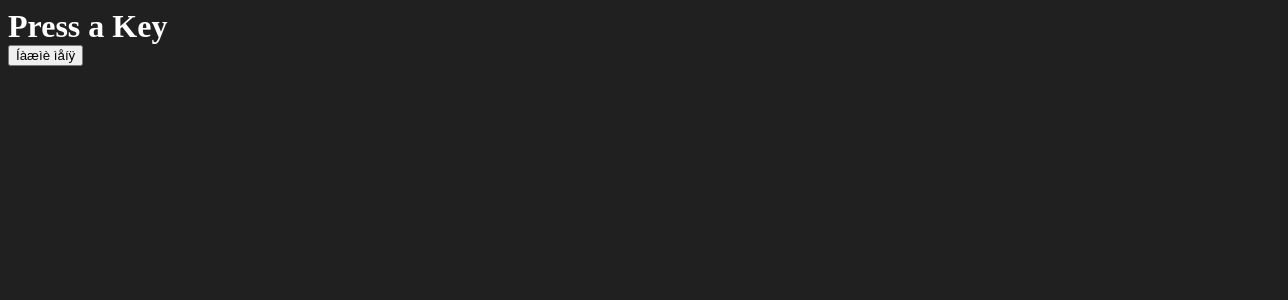
Repository: BVaflick/webOS
Page: First Application/index.html
The author's editor kept a copy of each file at every save. The page is drawn from the files as they stood at one save, then again after the next save.
The browser window is 1280 px wide. The page is 1288 px wide, so the pictures cover 1288 px, including what lies to the right of the window. The pictures show the whole page.

Above is the page before, as saved 2016-12-16 13:11:24.

After the next save:
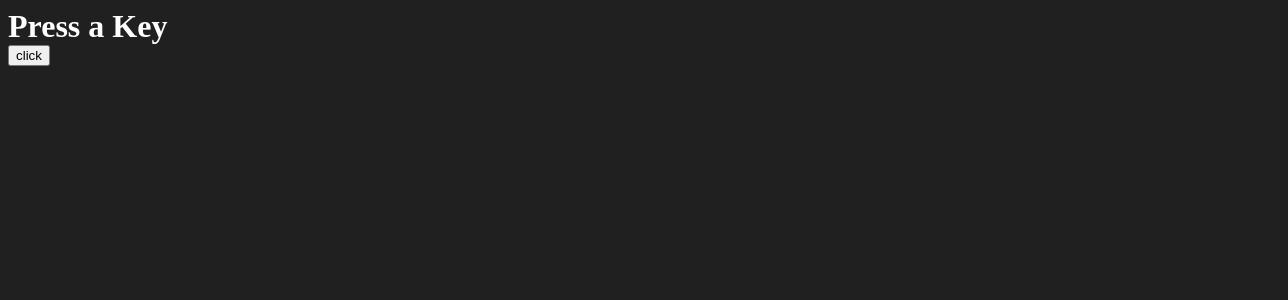
Saved 16 s later.
--- a/First Application/index.html
+++ b/First Application/index.html
@@ -40,10 +40,10 @@ lg_red {
 </head>
 <body>
 	<h1 id="results">Press a Key</h1>
-	<input id="elem" type="button" value="Íàæìè ìåíÿ" />
+	<input id="elem" type="button" value="click" />
 	<script>
 	  elem.onclick = function() {
-	    alert( 'Ñïàñèáî' );
+	    alert( 'xyi' );
 	  };
 	</script>
 	<!-- h1 id="cursor_x">x:</h1>
